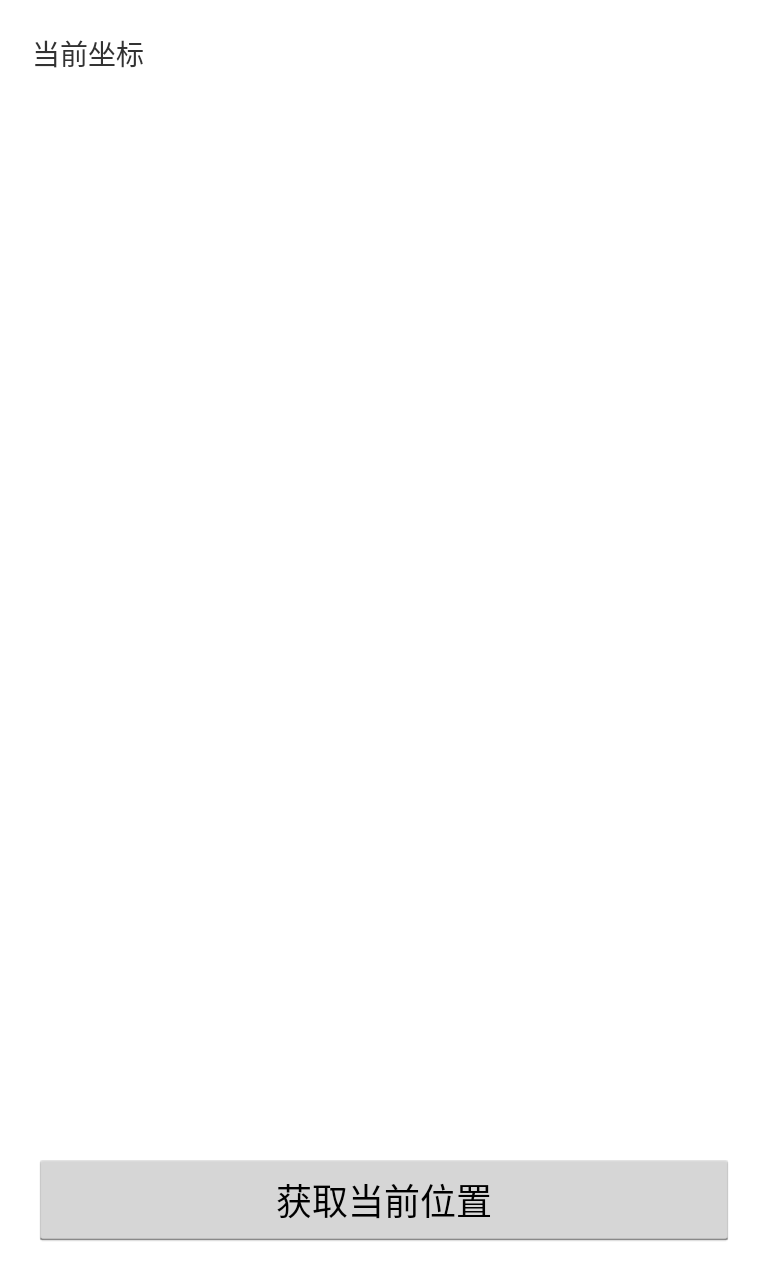
Repository: zjuapp/App
Layout: BaiduMap/res/layout/activity_main.xml
The author's editor kept a copy of each file at every save. The layout is drawn from the files as they stood at one save, then again after the next save.
It is drawn on a 768 x 1280 px phone screen (xhdpi) without system bars, with theme AppTheme; the app's code is not run.

Above is the layout before, as saved 2013-11-16 09:47:10.

### BaiduMap/res/layout/activity_main.xml
<LinearLayout xmlns:android="http://schemas.android.com/apk/res/android"
    xmlns:tools="http://schemas.android.com/tools"
    android:layout_width="match_parent"
    android:layout_height="match_parent"
    android:orientation="vertical"
    android:paddingBottom="@dimen/activity_vertical_margin"
    android:paddingLeft="@dimen/activity_horizontal_margin"
    android:paddingRight="@dimen/activity_horizontal_margin"
    android:paddingTop="@dimen/activity_vertical_margin"
    tools:context=".MainActivity" >

    <TextView
        android:id="@+id/textView"
        android:layout_width="match_parent"
        android:layout_height="87dp"
        android:layout_weight="0.87"
        android:text="@string/curLocation" />

    <Button
        android:id="@+id/button"
        android:layout_width="match_parent"
        android:layout_height="wrap_content"
        android:layout_marginTop="102dp"
        android:text="获取当前位置" />

</LinearLayout>

### BaiduMap/res/values/strings.xml
<?xml version="1.0" encoding="utf-8"?>
<resources>

    <string name="app_name">BaiduMap</string>
    <string name="action_settings">Settings</string>
    <string name="curLocation">当前坐标</string>

</resources>

Loaded but not shown: BaiduMap/res/values/styles.xml (common file); BaiduMap/res/values-v11/styles.xml (common file); BaiduMap/res/values-v14/styles.xml (common file); BaiduMap/res/values/dimens.xml (common file)

After the next save:
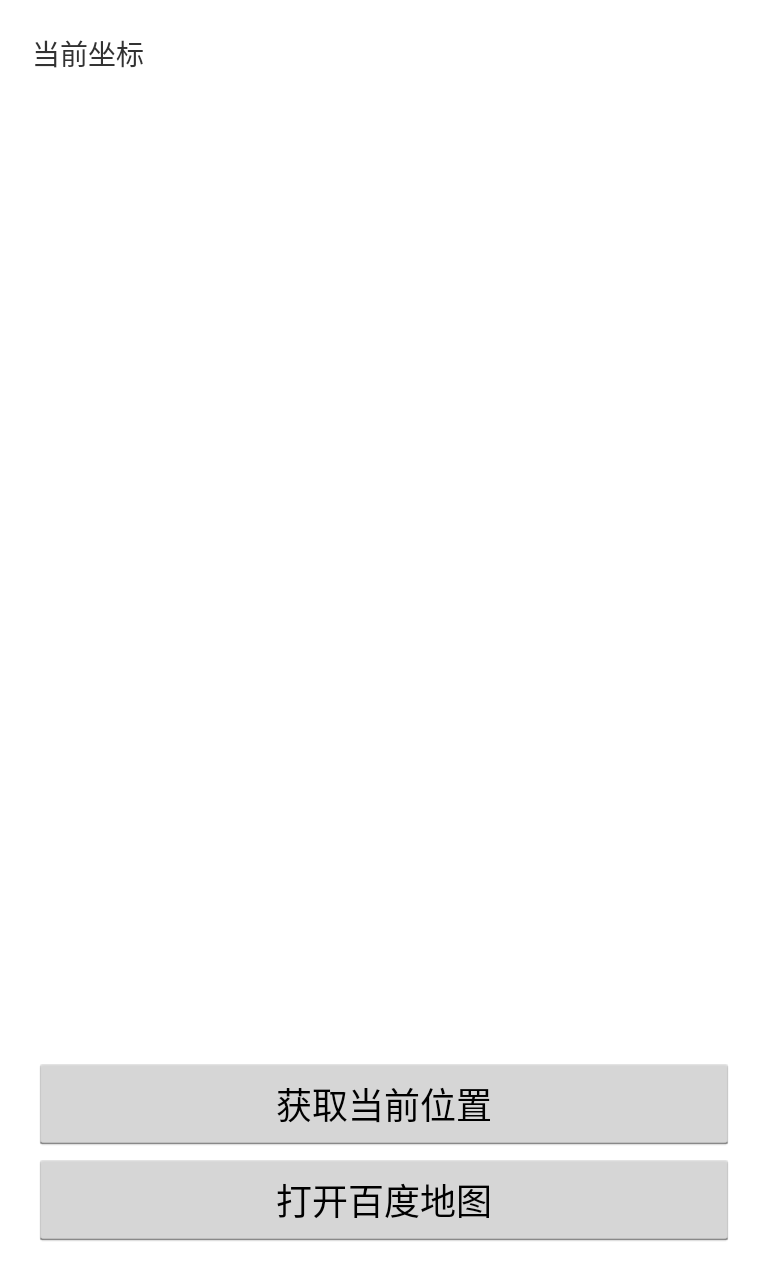
Saved 26 s later.
--- a/BaiduMap/res/layout/activity_main.xml
+++ b/BaiduMap/res/layout/activity_main.xml
@@ -23,4 +23,10 @@
         android:layout_marginTop="102dp"
         android:text="获取当前位置" />
 
+    <Button
+        android:id="@+id/button1"
+        android:layout_width="match_parent"
+        android:layout_height="wrap_content"
+        android:text="打开百度地图" />
+
 </LinearLayout>
